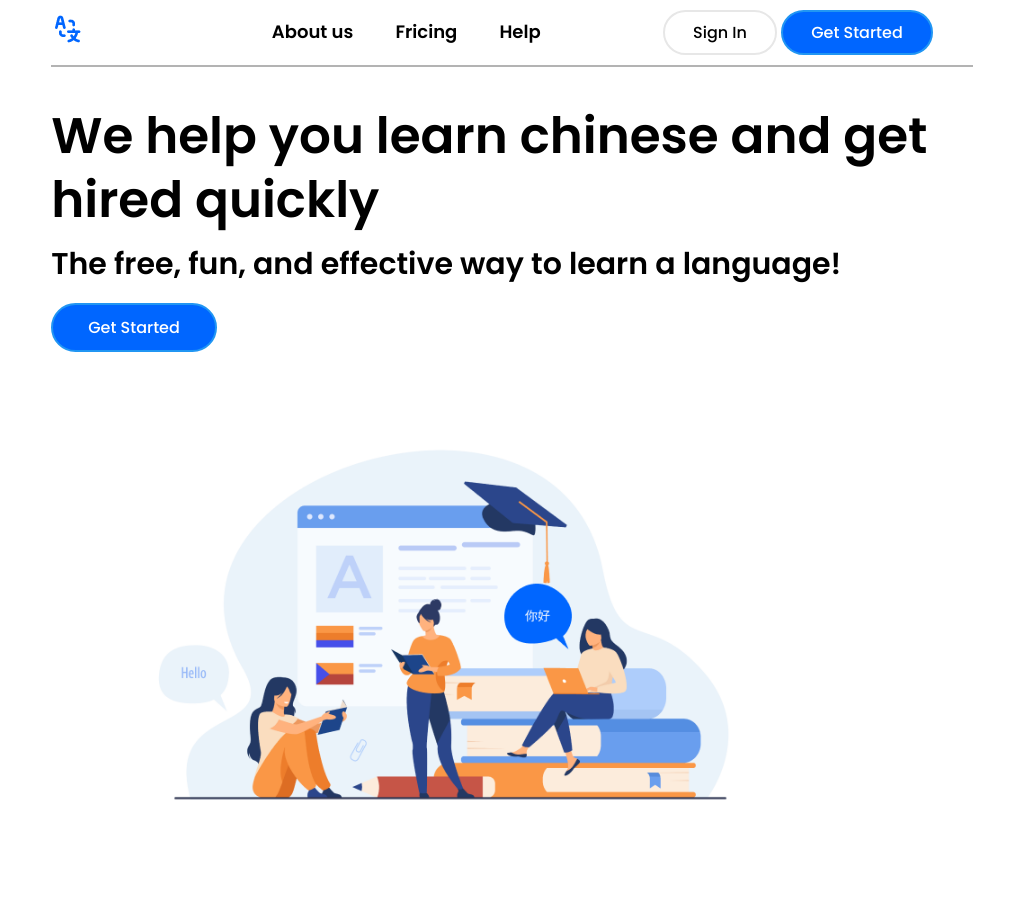
Repository: BinhIT/ChineseLearn
Page: index.html
The author's editor kept a copy of each file at every save. The page is drawn from the files as they stood at one save, then again after a run of saves.
The browser window is 1024 px wide. The pictures show the whole page.

Above is the page before, as saved 2023-03-01 15:49:27.

### index.html
<!DOCTYPE html>
<html lang="en">

<head>
    <meta charset="UTF-8">
    <meta http-equiv="X-UA-Compatible" content="IE=edge">
    <meta name="viewport" content="width=device-width, initial-scale=1.0">
    <link rel="icon" type="image/x-icon" href="./image/uil_english-to-chinese.svg">
    <meta name="viewport" content="width=device-width, initial-scale=1">
    <link rel="stylesheet" href="https://cdnjs.cloudflare.com/ajax/libs/font-awesome/4.7.0/css/font-awesome.min.css">
    <meta name="viewport" content="width=device-width, initial-scale=1">
    <link rel="stylesheet" href="https://cdnjs.cloudflare.com/ajax/libs/font-awesome/4.7.0/css/font-awesome.min.css">
    <link rel="stylesheet" href="./css/header.css">
    <link rel="stylesheet" href="./css/section.css">
    <title>Learn Chinese </title>
</head>

<body>
    <nav id="menu_header">
        <a href="javascript:void(0);" class="icon_nav" onclick="myFunction()">
            <i class="fa fa-bars"></i>
        </a>
        <label class="logo_main"><img src="./image/logo.png" alt=""></label>
        <label class="logo_mobile"><img src="./image/logo_short.png" alt=""></label>
        <ul id="menu_link">
            <li><a href="#">About us</a></li>
            <li><a href="#">Fricing</a></li>
            <li><a href="#">Help</a></li>
        </ul>
        <ul id="menu_btn">
            <button class="btn default">Sign In</button>
            <button class="btn info">Get Started</button>
        </ul>

    </nav>
    <section class="hero-section">
        <div class="row flex-container ">
            <div class="column hero-col1">
                <h1>We help you learn chinese and get hired quickly</h1>
                <h4>The free, fun, and effective way to learn a language!</h4>
                <button class="btn btn_hero">Get Started</button>
            </div>
            <div class="column hero-col2">
                <img src="./image/img-hero.png" alt="">
            </div>
        </div>

    </section>
</body>
<script src="./js/header.js"></script>

</html>

### css/header.css
@import url('https://fonts.googleapis.com/css2?family=Poppins:wght@500;600&display=swap');



* {
    padding: 0;
    margin: 0;
    text-decoration: none;
    list-style: none;
    font-family: 'Poppins', sans-serif;

}

#menu_header {
    display: flex;
    flex-wrap: nowrap;
    justify-content: space-between;
    align-items: center;
}

nav {
    height: 65px;
    width: 90%;
    margin: 0 auto;
    background: #ffffff;
    border-bottom: 2px solid #B3B3B3;
}

label.logo {
    font-size: 35px;
    font-weight: bold;
    color: #fff;
    padding: 0 100px;
    line-height: 80px;
}

nav ul {
    float: right;
    margin-right: 40px;
}

nav li {
    display: inline-block;
    margin: 0 8px;
    line-height: 80px;
}

nav a {
    color: #000000;
    font-size: 18px;
    font-weight: 700;
    border: 1px solid transparent;
    padding: 7px 10px;
    border-radius: 3px;
}

a.active,
a:hover {
    border: 1px solid #000000;
    transition: .5s;
}



.btn {
    border: 2px solid black;
    border-radius: 25px;
    background-color: white;
    color: black;
    font-size: 16px;
    cursor: pointer;

}

/* Blue */
.info {
    background-color: #0066FF;
    border-color: #2196F3;
    color: rgb(255, 255, 255);
    padding: 8px 28px;
}

.info:hover {
    background: #0066FF;
    color: white;
}

/* Gray */
.default {
    border-color: #e7e7e7;
    color: black;
    padding: 8px 28px;
}

.default:hover {
    background: #e7e7e7;
}

/* logo */
.logo_mobile {
    display: none;
}

#menu_header .icon_nav {
    display: none;

}



@media only screen and (max-width:765px) {
    .logo_mobile {
        display: block;
    }

    .logo_main {
        display: none;
    }

    nav {
        width: 95%;
    }

    #menu_header .icon_nav {
        display: block;
        width: 30%;
    }

    #menu_btn {
        display: contents;
        float: right;
    }

    #menu_btn .default {
        display: none;
    }

    #menu_header #menu_link {
        display: none;
    }

    .btn_header {
        font-size: 5px;
        padding: 8px 25px;
    }


}

@media only screen and (max-width: 1024px) {
    nav #icon {
        display: block;
    }

    .logo_mobile {
        display: block;
        width: 15%;
    }

    .logo_main {
        display: none;
    }

    nav a {
        font-size: 18px;
    }

    a.active,
    a:hover {
        border: none;
        color: #3498db;
    }

    nav ul.show {
        left: 0;
    }

    .btn_header {

        font-size: 8px;
    }
}

### css/section.css
/* section hero */
.row {
    width: 90%;
    margin: auto;
    padding: auto;
}

.column {
    /* flex: 50%; */
    /* padding: 10px; */
    /* height: 300px; */
}

.hero-row {
    display: flex;
}

.hero-col1 {
    padding-top: 4%;
    line-height: 5em;
}

.hero-col1 h1 {
    font-size: 45px;

}

.flex-container {
    display: flex;
}

.btn_hero {
    background-color: #0066FF;
    border-color: #2196F3;
    color: rgb(255, 255, 255);
    padding: 10px 35px;
}

/* reponsive section */
/* tablet */
@media screen and (min-width:766px) and (max-width: 1250px) {
    .hero-col1 {
        line-height: 4em;
    }

    .hero-col1 h1 {
        font-size: 50px;

    }

    .hero-col1 h4 {
        font-size: 30px;

    }

    .flex-container {
        flex-wrap: wrap;
    }

    .hero-col2 img {
        width: 90%;
        padding: 12% 10%;
    }
}

/* Mobile */
@media only screen and (min-width: 595px) and (max-width:765px) {
    .hero-col1 {
        line-height: 4em;
    }

    .hero-col1 h1 {
        font-size: 50px;

    }

    .hero-col1 h4 {
        font-size: 30px;

    }

    .hero-col2 img {
        padding: 12% 10%;
    }

}

@media only screen and (min-width: 360px) and (max-width:594px) {
    .hero-col1 {
        line-height: 3em;
    }

    .hero-col2 img {
        padding: 5% 5%;
    }

    .hero-col1 h1 {
        font-size: 40px;
    }

    .hero-col1 h4 {
        font-size: 19px;

    }
}

Loaded but not shown: js/header.js (common file)

After the next 2 saves:
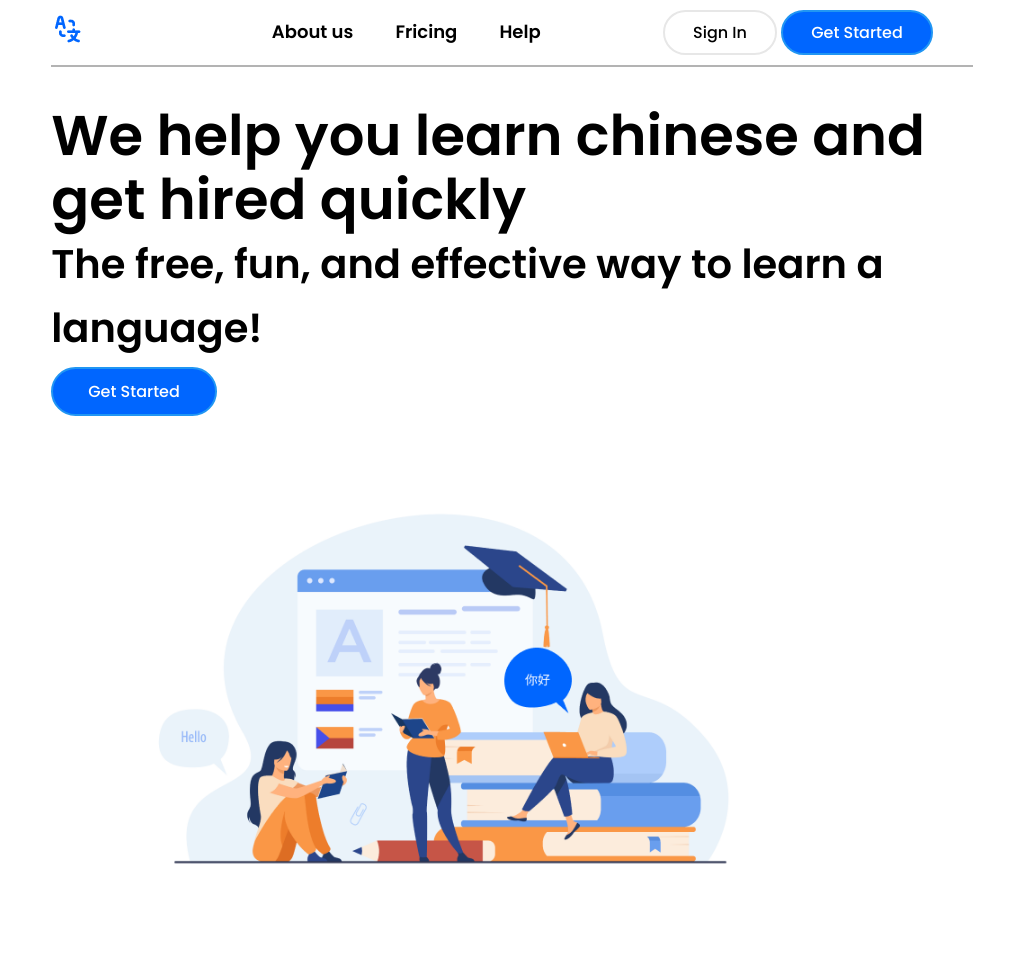
The 2 saves are shown as one change because they came seconds apart.
The last was saved 6 s later.
--- a/css/section.css
+++ b/css/section.css
@@ -44,12 +44,12 @@
     }
 
     .hero-col1 h1 {
-        font-size: 50px;
+        font-size: 56px;
 
     }
 
     .hero-col1 h4 {
-        font-size: 30px;
+        font-size: 40px;
 
     }
 
